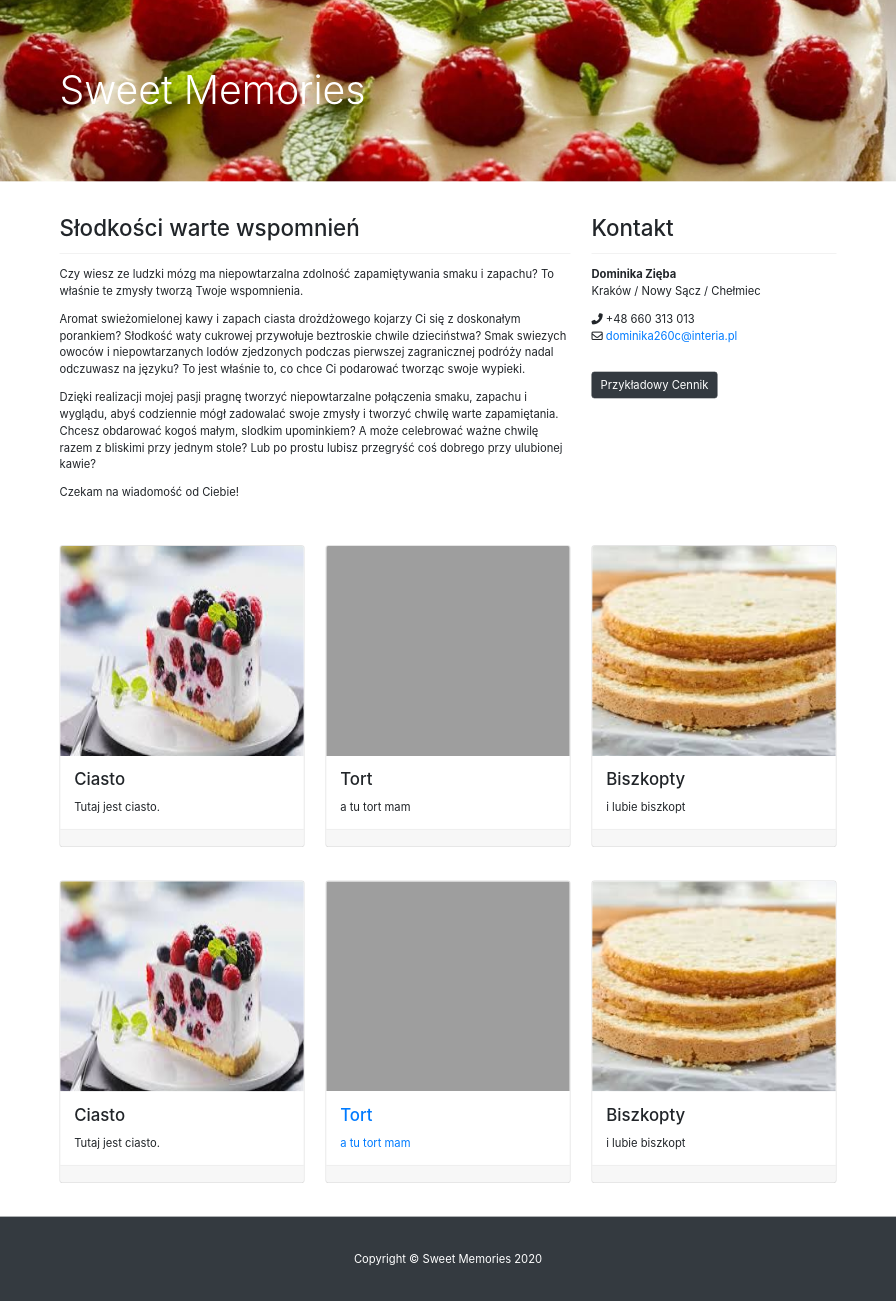
Repository: dominika260c/sweet_memories
Page: index.html
These files come from the project's save history. The page is drawn as it stood at one moment and after the next save; the edit follows.
The browser window is 1280 px wide. The pictures show the whole page, at 70% of full size.
Pictures or frames that could not be fetched are drawn as grey boxes. Some web libraries are served in a nearby version.

Above is the page before, as saved 2020-07-02 16:37:49.

### index.html
<!DOCTYPE html>
<html lang="en">
  <head>
    <!-- Required meta tags -->
    <meta charset="utf-8" />
    <meta
      name="viewport"
      content="width=device-width, initial-scale=1, shrink-to-fit=no"
    />

    <!-- Bootstrap CSS -->
    <link
      rel="stylesheet"
      href="https://stackpath.bootstrapcdn.com/bootstrap/4.5.0/css/bootstrap.min.css"
      integrity="sha384-9aIt2nRpC12Uk9gS9baDl411NQApFmC26EwAOH8WgZl5MYYxFfc+NcPb1dKGj7Sk"
      crossorigin="anonymous"
    />
    <link rel="stylesheet" href="./style.css" />

    <title>Sweet Memories</title>
  </head>
  <body>
    <!-- Navigation -->
    <!-- <nav class="navbar navbar-expand-lg navbar-dark bg-dark fixed-top">
      <div class="container">
        <a class="navbar-brand" href="#">Start Bootstrap</a>
        <button
          class="navbar-toggler"
          type="button"
          data-toggle="collapse"
          data-target="#navbarResponsive"
          aria-controls="navbarResponsive"
          aria-expanded="false"
          aria-label="Toggle navigation"
        >
          <span class="navbar-toggler-icon"></span>
        </button>
        <div class="collapse navbar-collapse" id="navbarResponsive">
          <ul class="navbar-nav ml-auto">
            <li class="nav-item active">
              <a class="nav-link" href="#"
                >Home
                <span class="sr-only">(current)</span>
              </a>
            </li>
            <li class="nav-item">
              <a class="nav-link" href="#">About</a>
            </li>
            <li class="nav-item">
              <a class="nav-link" href="#">Services</a>
            </li>
            <li class="nav-item">
              <a class="nav-link" href="#">Contact</a>
            </li>
          </ul>
        </div>
      </div>
    </nav> -->

    <!-- Header -->
    <!-- <h1>&nbsp</h1> -->
    <header class="bg-primary py-5 mb-5 coverclass">
      <div class="container h-100">
        <div class="row h-100 align-items-center">
          <div class="col-lg-12">
            <h1 class="display-4 text-white mt-5 mb-2">
              Sweet Memories
            </h1>
            <p class="lead mb-5 text-white-50"></p>
          </div>
        </div>
      </div>
    </header>

    <!-- Page Content -->
    <div class="container">
      <div class="row">
        <div class="col-md-8 mb-5">
          <h2>Słodkości warte wspomnień</h2>
          <hr />
          <p>
            Czy wiesz ze ludzki mózg ma niepowtarzalna zdolność zapamiętywania
            smaku i zapachu? To właśnie te zmysły tworzą Twoje wspomnienia.
          </p>
          <p>
            Aromat swieżomielonej kawy i zapach ciasta drożdżowego kojarzy Ci
            się z doskonałym porankiem? Słodkość waty cukrowej przywołuje
            beztroskie chwile dzieciństwa? Smak swiezych owoców i
            niepowtarzanych lodów zjedzonych podczas pierwszej zagranicznej
            podróży nadal odczuwasz na języku? To jest właśnie to, co chce Ci
            podarować tworząc swoje wypieki.
          </p>
          <p>
            Dzięki realizacji mojej pasji pragnę tworzyć niepowtarzalne
            połączenia smaku, zapachu i wyglądu, abyś codziennie mógł zadowalać
            swoje zmysły i tworzyć chwilę warte zapamiętania. Chcesz obdarować
            kogoś małym, slodkim upominkiem? A może celebrować ważne chwilę
            razem z bliskimi przy jednym stole? Lub po prostu lubisz przegryść
            coś dobrego przy ulubionej kawie?
          </p>
          <p>
            Czekam na wiadomość od Ciebie!
          </p>
          <!-- <a class="btn btn-primary btn-lg" href="#">Call to Action &raquo;</a> -->
        </div>
        <div class="col-md-4 mb-5">
          <h2>Kontakt</h2>
          <hr />
          <address>
            <strong>Dominika Zięba</strong>
            <br />Kraków / Nowy Sącz / Chełmiec <br />
          </address>
          <address>
            <abbr title="Phone"><i class="fas fa-phone-alt"></i></i></abbr>
            +48 660 313 013
            <br />
            <abbr title="Email"><i class="far fa-envelope"></i></abbr>
            <a href="mailto:#">dominika260c@interia.pl</a>
          </address>
          <br />
          <button type="button" class="btn btn-dark">Przykładowy Cennik</button>
        </div>
      </div>
      <!-- /.row -->

      <div class="row">
        <div class="col-md-4 mb-5">
          <div class="card h-100">
            <img
              class="card-img-top"
              src="data:[embedded picture, 10383 characters]"
              alt=""
            />
            <div class="card-body">
              <h4 class="card-title">Ciasto</h4>
              <p class="card-text">
                Tutaj jest ciasto.
              </p>
            </div>
            <div class="card-footer">
              <!-- <a href="#" class="btn btn-primary">Find Out More!</a> -->
            </div>
          </div>
        </div>

        <div class="col-md-4 mb-5">
          <div class="card h-100">
            <img
              class="card-img-top"
              src="https://images.pexels.com/photos/291528/pexels-photo-291528.jpeg?auto=compress&cs=tinysrgb&dpr=1&w=500"
              alt=""
            />
            <div class="card-body">
              <h4 class="card-title">Tort</h4>
              <p class="card-text">
                a tu tort mam
              </p>
            </div>
            <div class="card-footer">
              <!-- <a href="#" class="btn btn-primary">Find Out More!</a> -->
            </div>
          </div>
        </div>
        <div class="col-md-4 mb-5">
          <div class="card h-100">
            <img
              class="card-img-top"
              src="data:[embedded picture, 10711 characters]"
              alt=""
            />
            <div class="card-body">
              <h4 class="card-title">Biszkopty</h4>
              <p class="card-text">
                i lubie biszkopt
              </p>
            </div>
            <div class="card-footer">
              <!-- <a href="#" class="btn btn-primary">Find Out More!</a> -->
            </div>
          </div>
        </div>
      </div>
      <!-- /.row -->
      <div class="row">
        <div class="col-md-4 mb-5">
          <div class="card h-100">
            <img
              class="card-img-top"
              src="data:[embedded picture, 10383 characters]"
              alt=""
            />
            <div class="card-body">
              <h4 class="card-title">Ciasto</h4>
              <p class="card-text">
                Tutaj jest ciasto.
              </p>
            </div>
            <div class="card-footer">
              <!-- <a href="#" class="btn btn-primary">Find Out More!</a> -->
            </div>
          </div>
        </div>

        <div class="col-md-4 mb-5">
          <a href="#">
            <div class="card h-100">
              <img
                class="card-img-top"
                src="https://images.pexels.com/photos/291528/pexels-photo-291528.jpeg?auto=compress&cs=tinysrgb&dpr=1&w=500"
                alt=""
              />

              <div class="card-body">
                <h4 class="card-title">Tort</h4>
                <p class="card-text">
                  a tu tort mam
                </p>
              </div>
              <div class="card-footer">
                <!-- <a href="#" class="btn btn-primary">Find Out More!</a> -->
              </div>
            </div>
          </a>
        </div>

        <div class="col-md-4 mb-5">
          <div class="card h-100">
            <img
              class="card-img-top"
              src="data:[embedded picture, 10711 characters]"
              alt=""
            />
            <div class="card-body">
              <h4 class="card-title">Biszkopty</h4>
              <p class="card-text">
                i lubie biszkopt
              </p>
            </div>
            <div class="card-footer">
              <!-- <a href="#" class="btn btn-primary">Find Out More!</a> -->
            </div>
          </div>
        </div>
      </div>
    </div>
    <!-- /.container -->

    <!-- Footer -->
    <footer class="py-5 bg-dark">
      <div class="container">
        <p class="m-0 text-center text-white">
          Copyright &copy; Sweet Memories 2020
        </p>
      </div>
      <!-- /.container -->
    </footer>

    <!-- Optional JavaScript -->
    <!-- jQuery first, then Popper.js, then Bootstrap JS -->
    <script
      src="https://code.jquery.com/jquery-3.5.1.slim.min.js"
      integrity="sha384-DfXdz2htPH0lsSSs5nCTpuj/zy4C+OGpamoFVy38MVBnE+IbbVYUew+OrCXaRkfj"
      crossorigin="anonymous"
    ></script>
    <script
      src="https://cdn.jsdelivr.net/npm/popper.js@1.16.0/dist/umd/popper.min.js"
      integrity="sha384-Q6E9RHvbIyZFJoft+2mJbHaEWldlvI9IOYy5n3zV9zzTtmI3UksdQRVvoxMfooAo"
      crossorigin="anonymous"
    ></script>
    <script
      src="https://stackpath.bootstrapcdn.com/bootstrap/4.5.0/js/bootstrap.min.js"
      integrity="sha384-OgVRvuATP1z7JjHLkuOU7Xw704+h835Lr+6QL9UvYjZE3Ipu6Tp75j7Bh/kR0JKI"
      crossorigin="anonymous"
    ></script>
    <!-- FontAwesome -->
    <script
      src="https://kit.fontawesome.com/7583665fdc.js"
      crossorigin="anonymous"
    ></script>
  </body>
</html>

### style.css
.coverclass {
  background-image: url(./img/ciasto1.jpg);
  background-position: center;
}

.card-img-top {
  height: 300px;
}

After the next save:
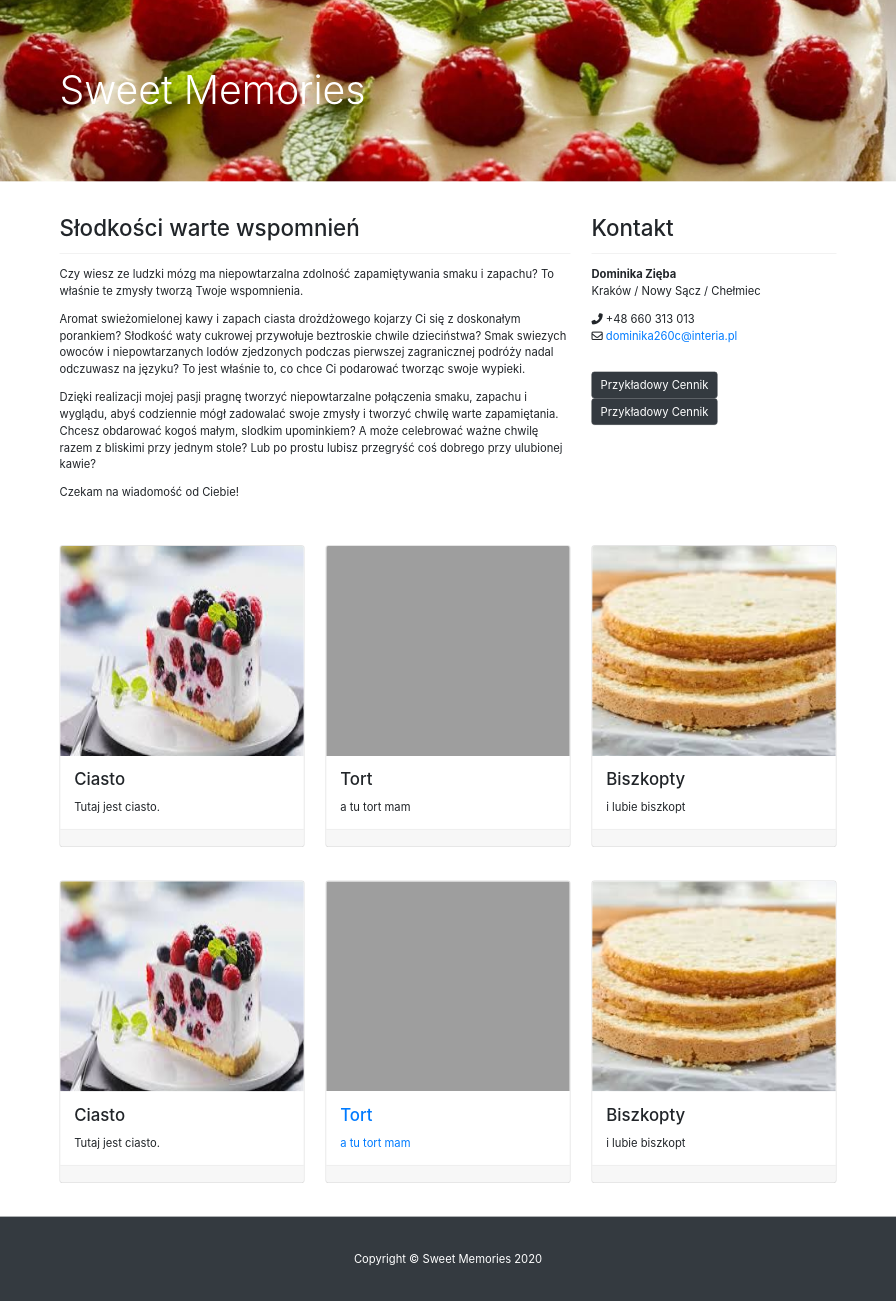
Saved 27 s later.
--- a/index.html
+++ b/index.html
@@ -119,6 +119,7 @@
           </address>
           <br />
           <button type="button" class="btn btn-dark">Przykładowy Cennik</button>
+          <button type="button" class="btn btn-dark">Przykładowy Cennik</button>
         </div>
       </div>
       <!-- /.row -->
